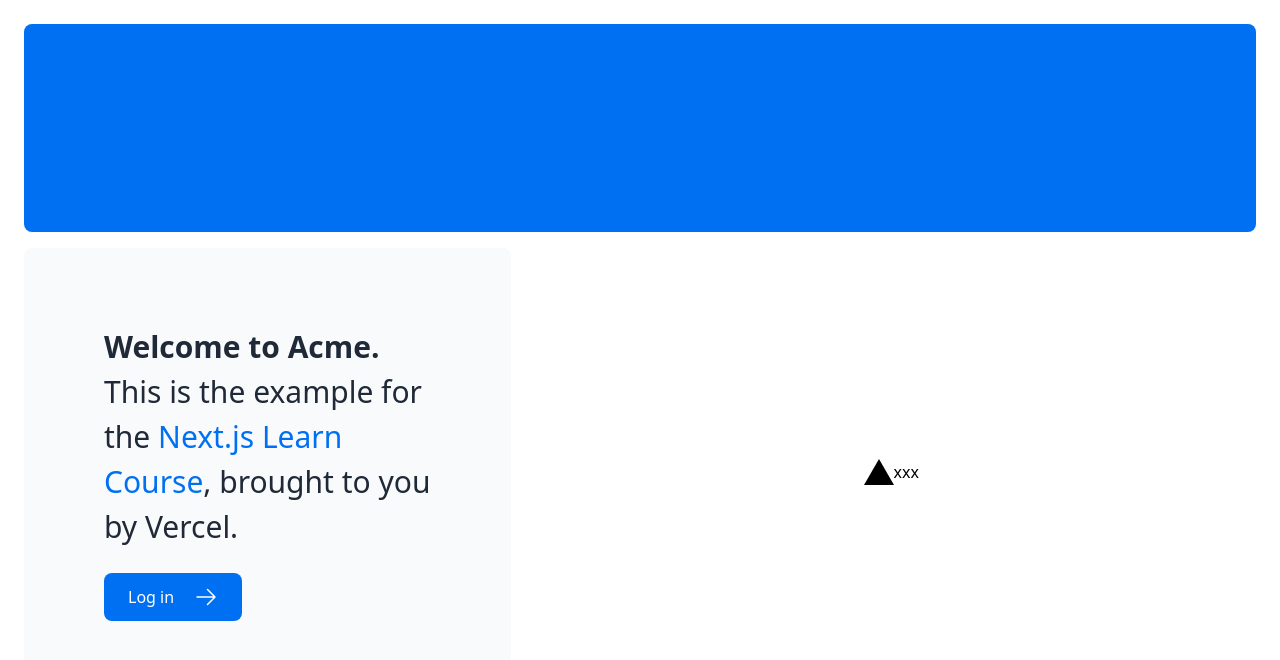
Repository: minzhenyu/nextjs-dashboard
Page: /
An editor plug-in stored every save of this project. The page is shown before and after the next save, followed by the edit.
The browser window is 1280 px wide. The pictures show the whole page.
The project was rebuilt for these pictures with package versions that can differ from the ones it lists, and the page was loaded fresh each time. The framework's server and built-in components were replaced by stand-ins that run in the browser. Also part of the build but not shown: next.config.ts.

Above is the page before, as saved 2024-11-22 10:28:58.

After the next save:
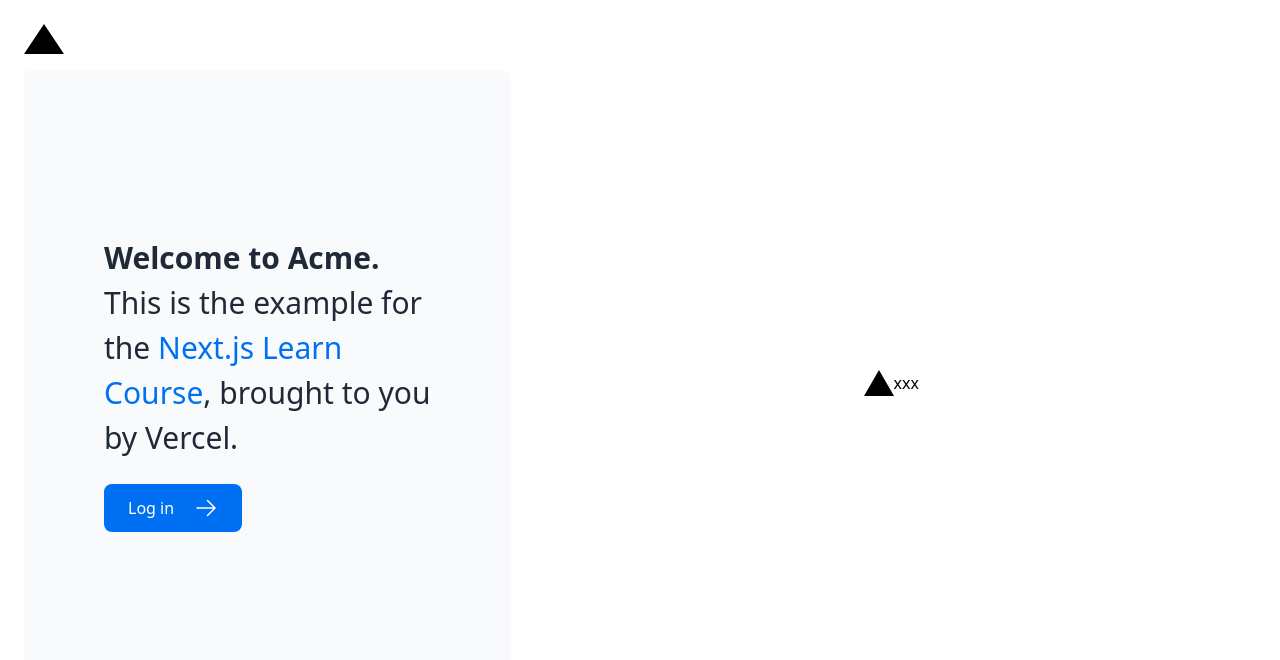
Saved 52 s later.
--- a/app/page.tsx
+++ b/app/page.tsx
@@ -2,10 +2,12 @@
 import { ArrowRightIcon } from '@heroicons/react/24/outline';
 import Link from 'next/link';
 
+import styles from '@/app/ui/home.module.css';
+
 export default function Page() {
   return (
     <main className="flex min-h-screen flex-col p-6">
-      <div className="flex h-20 shrink-0 items-end rounded-lg bg-blue-500 p-4 md:h-52">
+      <div className={styles.shape}>
         {/* <AcmeLogo /> */}
       </div>
       <div className="mt-4 flex grow flex-col gap-4 md:flex-row">
